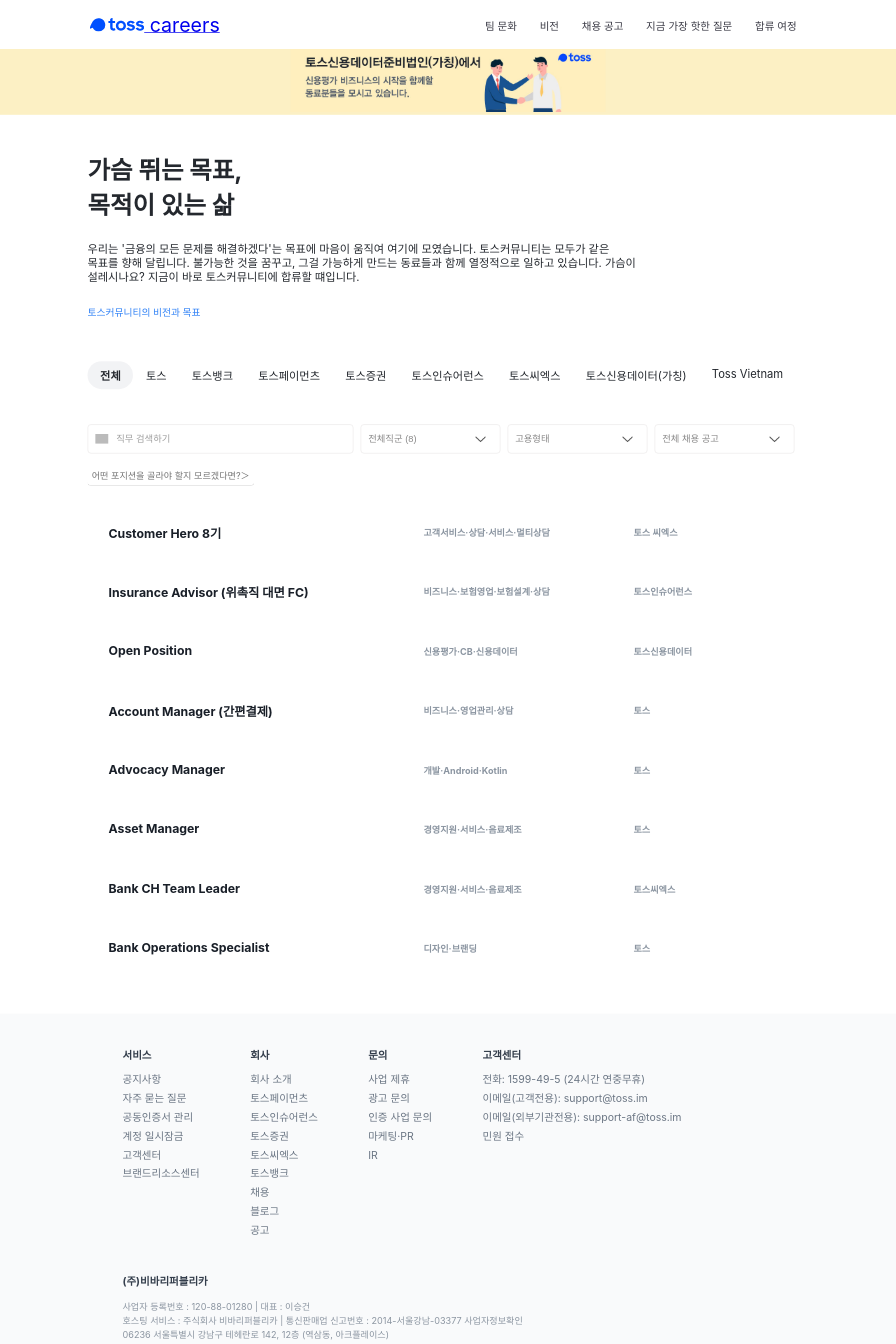
Repository: Tossproject/tossProject
Page: common/career_job.html
An editor plug-in stored every save of this project. The page is shown before and after the next save, followed by the edit.
The browser window is 1280 px wide. The pictures show the part of the page from y = 0 to 1920 px (the page is 2467 px tall), at 70% of full size.
Pictures or frames that could not be fetched are drawn as grey boxes. A picture or video elsewhere on the page could not be fetched, so the positions and the page height are approximate.

Above is the page before, as saved 2022-01-18 23:47:10.

### common/career_job.html
<!DOCTYPE html>
<html lang="ko">

<head>
    <meta charset="UTF-8">
    <meta http-equiv="X-UA-Compatible" content="IE=edge">
    <meta name="viewport" content="width=device-width, initial-scale=1.0">
    <title>토스채용</title>
    <link rel="stylesheet" href="../css/common.css">
    <link rel="stylesheet" href="../css/career_job.css">
    <link rel="shortcut icon" href="https://static.toss.im/tds/favicon/favicon.ico">
</head>
</head>

<body>
    <div class="container">
        <!-- header -->
        <header>
            <nav class="toss_nav">
                <div class="navicon">
                    <a href="career.html" class="logo"><img src="../images/logo.svg" alt="toss"><span> careers</span></a>
                    <div class="trigger">
                        <span class="icon"></span>
                        <span class="icon2"></span>
                    </div>
                </div>
                <ul>
                    <li><a href="#">팀 문화</a></li>
                    <li><a href="#">비전</a></li>
                    <li><a href="#">채용 공고</a></li>
                    <li><a href="#">지금 가장 핫한 질문</a></li>
                    <li><a href="#">합류 여정</a></li>
                </ul>
            </nav>
        </header>
        <!--섹션 1-->
        <section>
            <div class="banner">
                <a href="#">
                <div class="banner-center">
                   <img src="../images/career_banner.jpg" alt="토스신용데이터준비법인(가칭)에서 신용평가 비즈니스의 시작을 함꼐할 동료분들을 모시고 있습니다.">
                </div>
                 </a>
            </div>


        </section>

        <!--섹션 2-->
        <section>
            <div class="goal-box">
                <div class="goal-center">
                    <div class="goal-text">
                        <h1>가슴 뛰는 목표,<br>
                        목적이 있는 삶</h1>
                        <p>우리는 '금융의 모든 문제를 해결하겠다'는 목표에 마음이 움직여 여기에 모였습니다. 토스커뮤니티는 모두가 같은<br>
                        목표를 향해 달립니다. 불가능한 것을 꿈꾸고, 그걸 가능하게 만드는 동료들과 함께 열정적으로 일하고 있습니다. 가슴이<br>
                        설레시나요? 지금이 바로 토스커뮤니티에 합류할 떄입니다.</p>
                        <a href="#">토스커뮤니티의 비전과 목표</a>

                    </div>
                    <div class="list">
                        <ul>
                            <li class="div2 list-active"><a href="#">전체</a></li>
                            <li class="div2"><a href="#">토스</a></li>
                            <li class="div2"><a href="#">토스뱅크</a></li>
                            <li class="div2"><a href="#">토스페이먼츠</a></li>
                            <li class="div2"><a href="#">토스증권</a></li>
                            <li class="div2"><a href="#">토스인슈어런스</a></li>
                            <li class="div2"><a href="#">토스씨엑스</a></li>
                            <li class="div2"><a href="#">토스신용데이터(가칭)</a></li>
                            <li class="div2"><a href="#">Toss Vietnam</a></li>
                        </ul>

                    </div>

                </div>
            </div>

        </section>

        <!-- 섹션 3-->

        <section>
           <div class="input-box">
            <div class="input-center">
                <form class="all-box">
                    <input type="text" name="search" class="select" id="slect" placeholder="직무 검색하기">

                    <select name="select" id="select" >
                        <option value="Allselect">전체직군 (8)</option>
                        <option value="Communication" >Communication (3)</option>
                        <option value="CoreSystem">Core System (2)</option>
                        <option value="Business">Business (1)</option>
                        <option value="Data">Data (1)</option>
                        <option value="Design">Design (1)</option>



                    </select>

                    <select name="select" id="select" class="time-box">
                        <option value="고용형태">고용형태</option>
                        <option value="short">단기계약직</option>
                        <option value="정규직">정규직</option>
                        <option value="계약직">계약직</option>
                        <option value="위촉직">위촉직</option>
                    </select>

                    <select name="select" id="select">
                        <option value="전체 채용 공고">전체 채용 공고</option>
                        <option value="채용중인 공고">채용중인 공고</option>
                        <option value="인재풀">인재풀</option>


                    </select>

                </form>
                <a href="#">어떤 포지션을 골라야 할지 모르겠다면?＞</a>

                <div class="text-box">
                    <a href="#" class="servise">
                        <div class="hero">
                            <h3>Customer Hero 8기</h3>
                        </div>

                        <div class="customer">
                            <p>고객서비스·상담·서비스·멀티상담</p>
                        </div>

                        <div class="cx">
                            <p>토스 씨엑스</p>
                        </div>
                    </a>

                    <a href="#" class="servise">
                        <div class="hero">
                            <h3>Insurance Advisor (위촉직 대면 FC)</h3>
                        </div>
                        <div class="customer">
                            <p>비즈니스·보험영업·보험설계·상담</p>
                        </div>
                        <div class="cx">
                            <p>토스인슈어런스</p>
                        </div>
                    </a>

                    <a href="#" class="servise">
                        <div class="hero">
                            <h3>Open Position</h3>
                        </div>
                        <div class="customer">
                            <p>신용평가·CB·신용데이터</p>
                        </div>
                        <div class="cx">
                            <p>토스신용데이터</p>
                        </div>
                    </a>



                        <a href="#" class="core">
                            <div class="hero">
                                <h3>Account Manager (간편결제)</h3>
                            </div>
                            <div class="customer">
                                <p>비즈니스·영업관리·상담</p>
                            </div>
                            <div class="cx">
                                <p>토스</p>
                            </div>
                        </a>



                        <a href="#" class="core">
                            <div class="hero">
                                <h3>Advocacy Manager</h3>
                            </div>
                            <div class="customer">
                                <p>개발·Android·Kotlin</p>
                            </div>
                            <div class="cx">
                                <p>토스</p>
                            </div>
                        </a>



                        <a href="#" class="business">
                            <div class="hero">
                                <h3>Asset Manager</h3>
                            </div>
                            <div class="customer">
                                <p>경영지원·서비스·음료제조</p>
                            </div>
                            <div class="cx">
                                <p>토스</p>
                            </div>
                        </a>



                    <a href="#" class="special">
                        <div class="hero">
                            <h3>Bank CH Team Leader</h3>
                        </div>
                        <div class="customer">
                            <p>경영지원·서비스·음료제조</p>
                        </div>
                        <div class="cx">
                            <p>토스씨엑스</p>
                        </div>
                    </a>

                    <a href="#" class="design">
                        <div class="hero">
                            <h3>Bank Operations Specialist</h3>
                        </div>
                        <div class="customer">
                            <p>디자인·브랜딩</p>
                        </div>
                        <div class="cx">
                            <p>토스</p>
                        </div>
                    </a>




                </div>

                <div class="gif-center">
                    <img src="../images/icons8-square-spinner.gif">
                    <p>검색한 결과가 없습니다</p>
                    <a href="#">전체 채용 공고로 돌아가기</a>
                </div>


            </div>
           </div>


        </section>



        <!-- footer -->
        <footer>
            <div class="footerbox">

                <!-- footer_top -->
                <div class="footer_top">
                    <ul class="list_service">
                        <li class="title">서비스</li>
                        <li><a href="#">공지사항</a></li>
                        <li><a href="#">자주 묻는 질문</a></li>
                        <li><a href="#">공동인증서 관리</a></li>
                        <li><a href="#">계정 일시잠금</a></li>
                        <li><a href="#">고객센터</a></li>
                        <li><a href="#">브랜드리소스센터</a></li>
                    </ul>
                    <ul class="list_company">
                        <li class="title">회사</li>
                        <li><a href="#">회사 소개</a></li>
                        <li><a href="#">토스페이먼츠</a></li>
                        <li><a href="#">토스인슈어런스</a></li>
                        <li><a href="#">토스증권</a></li>
                        <li><a href="#">토스씨엑스</a></li>
                        <li><a href="#">토스뱅크</a></li>
                        <li><a href="#">채용</a></li>
                        <li><a href="#">블로그</a></li>
                        <li><a href="#">공고</a></li>
                    </ul>
                    <ul class="list_inquire">
                        <li class="title">문의</li>
                        <li><a href="#">사업 제휴</a></li>
                        <li><a href="#">광고 문의</a></li>
                        <li><a href="#">인증 사업 문의</a></li>
                        <li><a href="#">마케팅·PR</a></li>
                        <li><a href="#">IR</a></li>
                    </ul>
                    <ul class="list_center">
                        <li class="title">고객센터</li>
                        <li><a href="#">전화: 1599-49-5 (24시간 연중무휴)</a></li>
                        <li><a href="#">이메일(고객전용): support@toss.im</a></li>
                        <li><a href="#">이메일(외부기관전용): support-af@toss.im</a></li>
                        <li><a href="#">민원 접수</a></li>
                    </ul>
                </div>

                <!-- footer_bottom -->
                <div class="footer_bottom">
                    <!-- footer_bottom_infobox -->
                    <div class="infobox">
                        <p><strong>(주)비바리퍼블리카</strong></p>
                        <p>
                            사업자 등록번호 : 120-88-01280 | 대표 : 이승건<br>
                            호스팅 서비스 : 주식회사 비바리퍼블리카 | 통신판매업 신고번호 : 2014-서울강남-03377 <a href="#">사업자정보확인</a><br>
                            06236 서울특별시 강남구 테헤란로 142, 12층 (역삼동, 아크플레이스)<br>
                            고객센터 : 서울특별시 강남구 테헤란로 133, 8층 (역삼동, 한국타이어빌딩)
                        </p>
                    </div>

                    <!-- footer_bottom_smaillListbox -->
                    <div class="smallListbox">
                        <ul class="smallList">
                            <li><a href="#">서비스 이용약관</a></li>
                            <li><a href="#">통합 금융정보 서비스 약관</a></li>
                            <li><a href="#">이용자의 권리 및 유의사항</a></li>
                            <li><a href="#"><strong>개인정보 처리방침</strong></a></li>
                            <li><a href="#"><strong>채용팀 개인정보 처리방침</strong></a></li>
                            <li><a href="#">영상정보처리기기 운영 관리 방침</a></li>
                            <li><a href="#">위치기반서비스 이용약관</a></li>
                            <li><a href="#">가맹점 고지사항</a></li>
                            <li><a href="#">토스 전자서명인증업무준칙</a></li>
                            <li><a href="#">토스인증 서비스 약관</a></li>
                            <li><a href="#">금융소비자보호</a></li>
                        </ul>
                    </div>

                    <!-- footer_bottom_snsbox -->
                    <div class="snsbox">
                        <ul class="sns">
                            <li><a href="#"><img src="../images/icn-facebook.svg"></a></li>
                            <li><a href="#"><img src="../images/icn-blog.svg"></a></li>
                            <li><a href="#"><img src="../images/icn-naver.svg"></a></li>
                            <li><a href="#"><img src="../images/icn-twitter.svg"></a></li>
                            <li><a href="#"><img src="../images/icn-instagram.svg"></a></li>
                        </ul>
                    </div>
                </div>
            </div>
        </footer>
    </div>

    <script src="https://code.jquery.com/jquery-3.6.0.min.js"
        integrity="sha256-/xUj+3OJU5yExlq6GSYGSHk7tPXikynS7ogEvDej/m4=" crossorigin="anonymous"></script>
    <script>
        /* nav */
        $(".trigger").on("click", function () {

            if ($(".icon2").css("display") == "none") {
                $(".icon2").css("display", "block").css("backgroundSize", "100% 21px").css("transform", "translate(-50%, -50%) rotate(45deg)");
                $(".icon").css("backgroundSize", "100% 21px").css("transform", "translate(15%, 71%) rotate(-45deg)");
                $(".toss_nav ul").slideDown(300, "swing");

            } else if ($(".icon2").css("display") == "block") {
                $(".icon2").css("display", "none");
                $(".icon").css("backgroundSize", "100% 8px").css("transform", "none");
                $(".toss_nav ul").slideUp(300, "swing");
            }
        });
    /* nav */


        $("#select").on("change",function(){
            // 사용자가 옵션을 바꿧는지 테스트
            // console.log("옵션이 바뀌었습니다.");
            if( $("#select").val() == "Communication" ){
                $(".servise").show();
                $(".data").hide();
                $(".design").hide();
                $(".special").hide();
                $(".core").hide();
                $(".business").hide();

            } else if( $("#select").val() == "CoreSystem"){
                $(".servise").hide();
                $(".data").hide();
                $(".design").hide();
                $(".special").hide();
                $(".core").show();
                $(".business").hide();
            } else if( $("#select").val() == "Business"){
                $(".servise").hide();
                $(".data").hide();
                $(".design").hide();
                $(".special").hide();
                $(".core").hide();
                $(".business").show();
            } else if( $("#select").val() == "Data"){
                $(".servise").hide();
                $(".data").hide();
                $(".design").hide();
                $(".special").show();
                $(".core").hide();
                $(".business").hide();
            } else if( $("#select").val() == "Design"){
                $(".servise").hide();
                $(".data").hide();
                $(".design").show();
                $(".special").hide();
                $(".core").hide();
                $(".business").hide();
            } else if( $("#select").val() == "Allselect"){
                $(".servise").show();
                $(".data").show();
                $(".design").show();
                $(".special").show();
                $(".core").show();
                $(".business").show();
            }
        });





    /* select */

        // 클래스 이름이 div2를 호출하였고 이 호출한 값을 div2에 저장하였음
        var div2 = document.getElementsByClassName("div2");


        // handleClick(이름은 사용자가 지정) 이라는 함수에
        // event라는 매게변수가 들어가있음
        function handleClick(event){


            console.log(event.target);

            console.log(event.target.classList);

            if(event.target.classList[1] === "clicked"){
                event.target.classList.remove("clicked");
            } else {
                for(var i = 0; i < div2.length; i++){
                    div2[i].classList.remove("clicked");
                }
                event.target.classList.add("clicked");
            }

        }

        // init이라는 함수를 동작을 할건데
        function init(){
            // 반복문 for을 이용하여 div2의 클래스의 갯수를 정해주었고
            for (var i = 0; i < div2.length; i++){
                // div2[0]번째의 이벤트를 등록을 할건데
                // 클릭을했을때 위에있는 handleClick 이벤트가 발생을 할것임
                div2[i].addEventListener("click",
                handleClick);
            }
        }
        init();


    </script>
</body>

</html>

### css/career_job.css
header nav.toss_nav {
  border-bottom: 1px solid black
  color: rgb(0, 100, 255);
  text-decoration: none;
}
header nav.toss_nav .navicon a span {
  font-size: 28px;
}
header nav.toss_nav ul li a:hover {
  background-color: rgba(2, 32, 71, 0.05);
  border-radius: 10px;
  color: #3b3b46;
}

.banner {
  width: 100%;
  background-color: rgb(252, 240, 196);
}

.banner-center {
  width: 450px;
  margin: 0 auto;
}

.banner img {
  width: 100%;
  height: auto;
  margin-top: 60px;
}

/* secrion 1 */

.goal-center {
  width: 1030px;
  margin: 50px auto;
}
.goal-text {
  margin-bottom: 60px;
}
.goal-text h1 {
  font-size: 35px;
  color: #24282e;
  margin-bottom: 30px;
}
.goal-text p {
  margin-bottom: 30px;
  font-size: 16px;
  color: #24282e;
  line-height: 20px;
}
.goal-text a {
  color: rgb(49, 130, 246);
  text-decoration: none;
  font-weight: 590;
  font-size: 14px;
}
.goal-text a:hover {
  color: rgb(40, 40, 199);
}
.list ul {
  display: flex;
}
.list ul li {
  padding: 8px;
}
.list ul li.list-active {
  color: #191f28;
  background-color: rgba(2, 32, 71, 0.05);
  border-radius: 25px;
  font-weight: bold;
}

.list ul li a {
  color: #24282e;

  padding: 10px;
  border-radius: 20px;
}
.input-center {
  width: 1030px;
  margin: 50px auto;
}
.all-box {
  display: flex;
  position: relative;
  margin-bottom: 20px;
}
#select {
  padding: 5px 10px;
  box-sizing: border-box;
}
.select {
  width: 380px;
  height: 30px;
  padding: 20px 20px 20px 40px;
  background: url(../images/glass.png) no-repeat center left 10px;
  background-size: 5%;
  filter: opacity(0.7);
  border-radius: 5px;
  border: 1px solid rgb(228, 225, 225);
  outline-color: rgb(33, 33, 243);
}
.select:hover {
  border: 1px solid rgb(97, 97, 238);
}
#select {
  width: 200px;
  border-radius: 5px;
  margin-left: 10px;
  border: 1px solid rgb(228, 225, 225);
  color: #575656;
  appearance: none;
  background: url(../images/down.png) no-repeat right 20px center;
  background-size: 15px;

  filter: opacity(0.7);
}

#select:hover {
  border: 1px solid rgb(97, 97, 238);
}
option {
  font-size: 19px;
  inline-size: 20px;
  padding: 10px;
}

.input-center a {
  text-decoration: none;
  color: rgb(117, 117, 117);
  font-size: 13px;
  padding-bottom: 5px;
  border-bottom: 1px solid #ccc;
  padding: 6px;
  border-radius: 5px;
}
.input-center a:hover {
  background-color: #f2f2f2;
}

.text-box {
  display: flex;
  flex-direction: column;
  margin-top: 30px;
}
.text-box a {
  display: flex;
  flex-direction: row;
  padding: 30px;
  text-decoration: none;
  border-bottom: none;
}
.hero {
  color: rgb(25, 31, 40);
  font-size: 15px;
  width: 300px;
  margin-right: 150px;
}

.customer {
  color: rgb(139, 149, 161);
  line-height: 25px;
  width: 250px;
  margin-right: 50px;
  font-weight: bold;
  font-size: 13px;
}
.cx {
  color: rgb(139, 149, 161);
  line-height: 25px;
  font-weight: bold;
  font-size: 13px;
}
.gif-center {
  display: flex;
  flex-direction: column;
  text-align: center;
  margin-top: 40px;
  display: none;
}
.gif-center img {
  margin: auto;
  width: 100px;
  height: 100px;
  margin-bottom: 30px;
}
.gif-center p {
  font-size: 15px;
  margin-bottom: 30px;
  font-weight: bold;
  color: #24282e;
}

.gif-center a {
  width: 200px;
  margin: auto;
  padding: 20px;
  border-bottom: none;
  background-color: rgba(69, 147, 252, 0.12);
  color: rgb(56, 56, 241);
  font-weight: bold;
}
.gif-center a:hover {
  background-color: rgba(14, 118, 255, 0.12);
}

Loaded but not shown: css/common.css (370 lines, source omitted)

After the next save:
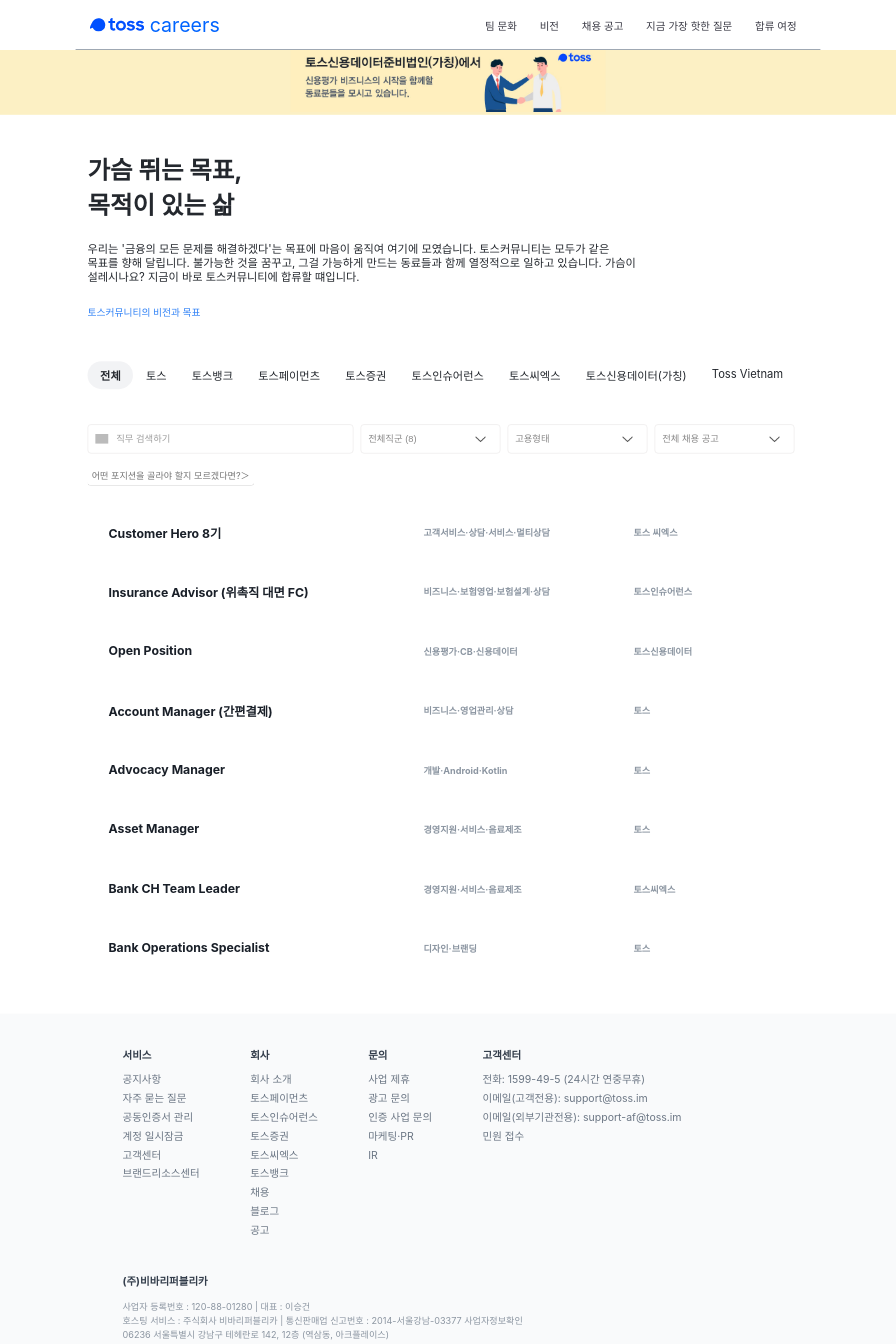
Saved 18 s later.
--- a/css/career_job.css
+++ b/css/career_job.css
@@ -1,5 +1,7 @@
 header nav.toss_nav {
-  border-bottom: 1px solid black
+  border-bottom: 1px solid rgba(0, 27, 55, 0.5);
+}
+header nav.toss_nav .navicon a {
   color: rgb(0, 100, 255);
   text-decoration: none;
 }
